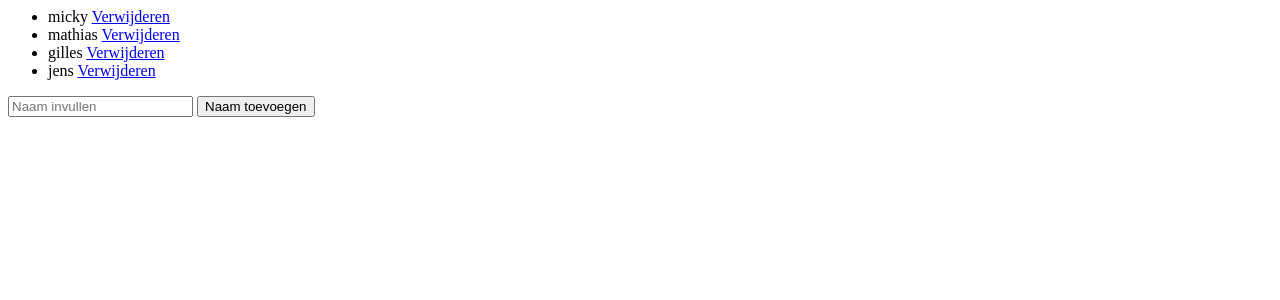
Repository: Mvangramberen/Workspace-Ecplise
Page: Angular/index.html
The author's editor kept a copy of each file at every save. The page is drawn from the files as they stood at one save, then again after the next save.
The browser window is 1280 px wide. The pictures show the whole page.
Some web libraries are served in a nearby version.

Above is the page before, as saved 2016-11-05 19:01:47.

### Angular/index.html
<!DOCTYPE>

<html ng-app="naamApp">
<head>
  <meta charset="utf-8">
  <title>Title</title>

   <script src="https://cdnjs.cloudflare.com/ajax/libs/angular.js/1.2.1/angular.min.js"></script>
<!--Zorg ervoor dat de main.js als laatste geladen wordt, anders gaat hij angular niet in de javascript herkennen  -->
   <script src="main.js"></script>


</head>

<body ng-controller="naamCtrl">

<div >

	<ul>
	<li ng-repeat="naam in namen">{{naam}} <a href="verwijderNaam()">Verwijderen</a></li>
	</ul>

	<form ng-submit="naamToevoegen()">
	<input ng-model="ingevuldeNaam" type="text" placeholder="Naam invullen">
	<input type="submit" value="Naam toevoegen">

	</form>

</div>

</body>



</html>

### Angular/main.js
var naamApp = angular.module('naamApp', []);
naamApp.controller('naamCtrl', function($scope){
$scope.namen = ["micky","mathias","gilles","jens"];
$scope.naamToevoegen = function (){
	$scope.namen.push($scope.ingevuldeNaam);
};

$scope.verwijderNaam = function(naam){
	var index = $scope.namen.indexof(naam);
	$scope.namen.splice(index,1);
}
});

After the next save:
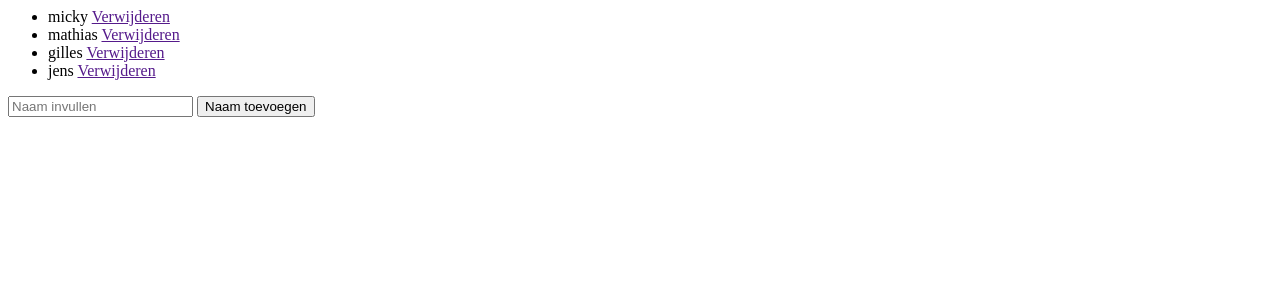
Saved 37 s later.
--- a/Angular/index.html
+++ b/Angular/index.html
@@ -17,7 +17,7 @@
 <div >
 
 	<ul>
-	<li ng-repeat="naam in namen">{{naam}} <a href="verwijderNaam()">Verwijderen</a></li>
+	<li ng-repeat="naam in namen">{{naam}} <a href="" ng-onclick="verwijderNaam()">Verwijderen</a></li>
 	</ul>
 
 	<form ng-submit="naamToevoegen()">
